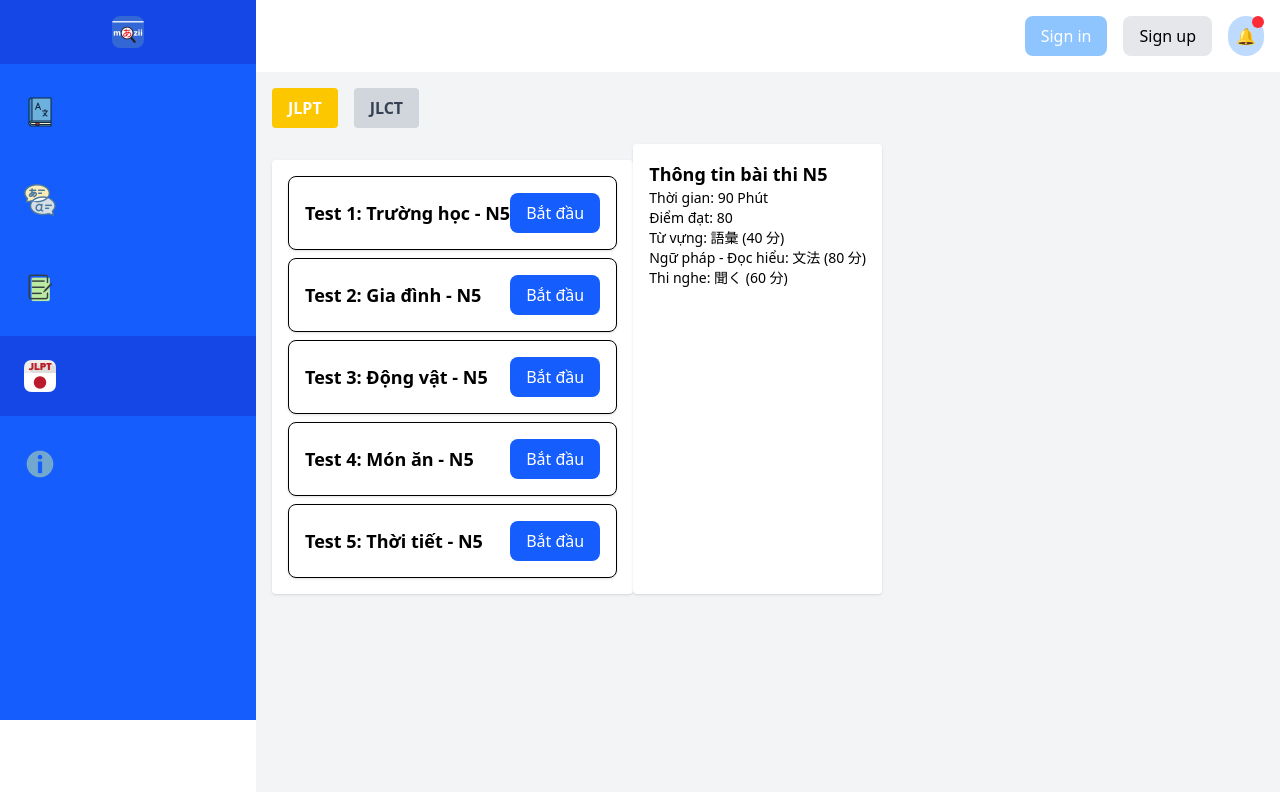
Repository: reminzuetto/JapaneseTranslationApp
Page: /jlpt
These files come from the project's save history. The page is drawn as it stood at one moment and after the next save; the edit follows.
The browser window is 1280 px wide. The pictures show the whole page.
The page's requests for data from a server got no answer. The project was rebuilt for these pictures with package versions that can differ from the ones it lists, and the page was loaded fresh each time. No one was signed in, and anything a server would have sent is missing. Also part of the build but not shown: vite.config.js, src/components/Header/NotificationItem.jsx, src/components/SeachBar/DropDownButton.jsx, src/components/SeachBar/SearchInput.jsx, src/components/SeachBar/SearchBar.jsx, src/pages/Home.jsx, src/Firebase.jsx, src/pages/SignInForm.jsx and 8 more.

Above is the page before, as saved 2025-03-19 08:22:04.

### src/App.jsx
import React, { useState } from "react";
import { BrowserRouter as Router, Routes, Route } from "react-router-dom";
import Header from "./components/Header/Header";
import Home from "./pages/Home";
import Sidebar from "./components/SideBar/SideBar";
import SignInForm from "./pages/SignInForm";
import SignUpForm from "./pages/SignUpForm";
import SearchPage from "./pages/SearchPage";
import TranslatePage from "./pages/TranslatePage";
import CollectionPage from "./pages/CollectionPage";
import JLPTPage from "./pages/JLPTPage";
import AboutPage from "./pages/AboutPage";

function App() {
  const [isSidebarOpen, setIsSidebarOpen] = useState(false);

  return (
    <Router>
      <div className="flex">
        {/* Sidebar */}
        <Sidebar isOpen={isSidebarOpen} setIsOpen={setIsSidebarOpen} />

        {/* Nội dung chính */}
        <div
          className={`flex-1 transition-all duration-300 ${
            isSidebarOpen ? "ml-64" : "ml-20"
          }`}
        >
          <Header />
          <Routes>
            <Route path="/" element={<Home />} />
            <Route path="/signin" element={<SignInForm />} />
            <Route path="/signup" element={<SignUpForm />} />
            <Route path="/search" element={<SearchPage />} />
            <Route path="/translate" element={<TranslatePage />} />
            <Route path="/collection" element={<CollectionPage />} />
            <Route path="/jlpt" element={<JLPTPage />} />
            <Route path="/about" element={<AboutPage />} />
          </Routes>
        </div>
      </div>
    </Router>
  );
}

export default App;

### src/components/Header/Header.jsx
import React, { useState } from "react";
import useClickOutside from "../../hooks/useClickOutside";
import notificationsData from "/src/Data.js";
import NotificationItem from "../Header/NotificationItem";
import { Link } from "react-router-dom";

const Header = () => {
  const { show, setShow, nodeRef } = useClickOutside();
  const [notifications, setNotifications] = useState(notificationsData);

  const markAsSeen = (id) => {
    setNotifications((prev) =>
      prev.map((item) => (item.id === id ? { ...item, seen: true } : item))
    );
  };

  return (
    <header className="flex items-center justify-end p-4 bg-white shadow-md  top-0 left-0 w-full z-50">
      <div className="flex items-center gap-4">
        <Link to="/signin">
          <button className="px-4 py-2 text-white bg-blue-300 rounded-lg hover:bg-blue-500">
            Sign in
          </button>
        </Link>

        <Link to="/signup">
          <button className="px-4 py-2 text-blue bg-gray-200 rounded-lg hover:bg-blue-500 hover:text-white">
            Sign up
          </button>
        </Link>
        <div className="relative" ref={nodeRef}>
          <div
            className="relative p-2 rounded-full bg-blue-200 hover:bg-blue-400 cursor-pointer"
            onClick={() => setShow(!show)}
          >
            🔔
            {notifications.some((item) => !item.seen) && (
              <span className="absolute top-0 right-0 w-3 h-3 bg-red-500 rounded-full"></span>
            )}
          </div>

          {show && (
            <div className="absolute top-full -left-2 min-w-[250px] translate-x-[-100%] mt-2 bg-white shadow-lg rounded-lg border border-gray-200">
              {notifications.length > 0 ? (
                notifications.map((item) => (
                  <NotificationItem
                    key={item.id}
                    id={item.id}
                    title={item.title}
                    time={item.time}
                    seen={item.seen}
                    onMarkAsSeen={markAsSeen}
                  />
                ))
              ) : (
                <div className="p-4 text-center text-gray-400">
                  Không có thông báo mới
                </div>
              )}
            </div>
          )}
        </div>
      </div>
    </header>
  );
};

export default Header;

### src/components/SideBar/SideBar.jsx
import React from "react";
import { NavLink } from "react-router-dom";

const SidebarItem = ({ src, text, to }) => (
  <li className="w-full">
    <NavLink
      to={to}
      className={({ isActive }) =>
        `flex items-center h-20 text-gray-200 no-underline transition duration-500 hover:bg-blue-700 hover:text-white hover:shadow-lg hover:font-bold hover:rounded-lg hover:ml-3 hover:mr-3 ${
          isActive ? "bg-blue-700 font-bold text-white" : ""
        }`
      }
    >
      <img className="w-8 min-w-8 mx-6" src={src} alt={text} />
      <span className="hidden group-hover:block ml-4">{text}</span>
    </NavLink>
  </li>
);

const SideBar = ({ isOpen, setIsOpen }) => {
  const menuItems = [
    { src: "/src/assets/SearchIcon.png", text: "Search", to: "/search" },
    {
      src: "/src/assets/TranslateIcon.png",
      text: "Translate",
      to: "/translate",
    },
    {
      src: "/src/assets/CollectionIcon.png",
      text: "Collection",
      to: "/collection",
    },
    { src: "/src/assets/JLPTIcon.png", text: "JLPT", to: "/jlpt" },
    { src: "/src/assets/AboutIcon.jpg", text: "About us", to: "/about" },
  ];

  return (
    <nav
      className={`w-20 h-screen fixed z-51 bg-blue-600 transition-all duration-200 hover:w-64 group ${
        isOpen ? "w-64" : "w-20"
      }`}
      onMouseEnter={() => setIsOpen(true)}
      onMouseLeave={() => setIsOpen(false)}
    >
      <ul className="flex flex-col items-center space-y-2">
        <li className="w-full text-center py-4 bg-blue-700 font-bold uppercase text-white text-2xl">
          <NavLink className="flex items-center justify-center" to="/">
            <img
              className="w-8 h-8 rounded-lg transition-transform duration-600 group-hover:rotate-[-360deg]"
              src="/src/assets/MaziiLogo.png"
              alt="Mazii logo"
            />
            <span className="hidden group-hover:block ml-4">Mazzi</span>
          </NavLink>
        </li>
        {menuItems.map((item, index) => (
          <SidebarItem
            key={index}
            src={item.src}
            text={item.text}
            to={item.to}
          />
        ))}
      </ul>
    </nav>
  );
};

export default SideBar;

### src/pages/JLPTPage.jsx
import React, { useState, useEffect } from "react";
import JLPTTestItem from "/src/components/JLPTPage/JLPTTestItem";

const JLPTPage = () => {
  const [tests, setTests] = useState([]);

  useEffect(() => {
    fetch("japanese_test.json") // Để file json trong thư mục public
      .then((response) => response.json())
      .then((data) => setTests(data.tests))
      .catch((error) => console.error("Error loading test data:", error));
  }, []);

  const handleStartTest = (testId) => {
    console.log(`Bắt đầu bài kiểm tra với ID: ${testId}`);
    // Có thể điều hướng hoặc thay đổi state ở đây nếu cần
  };

  return (
    <div className="p-4 bg-gray-100 min-h-screen">
      {/* Thanh chọn loại kỳ thi */}
      <div className="flex space-x-4 mb-4">
        <button className="px-4 py-2 bg-yellow-400 text-white font-bold rounded">
          JLPT
        </button>
        <button className="px-4 py-2 bg-gray-300 text-gray-700 font-bold rounded">
          JLCT
        </button>
      </div>
      <div className="flex">
        <div className="mt-4 bg-white p-4 rounded shadow space-y-2">
          {tests.map((test, index) => (
            <JLPTTestItem
              key={test.id}
              test={test}
              index={index + 1}
              onStart={handleStartTest}
            />
          ))}
        </div>
        <div className=" justify-center items-center bg-white p-4 rounded shadow">
          <h2 className="text-lg font-bold">Thông tin bài thi N5</h2>
          <div className="text-sm">
            <p>Thời gian: 90 Phút</p>
            <p>Điểm đạt: 80</p>
            <p>Từ vựng: 語彙 (40 分)</p>
            <p>Ngữ pháp - Đọc hiểu: 文法 (80 分)</p>
            <p>Thi nghe: 聞く (60 分)</p>
          </div>
        </div>
      </div>
    </div>
  );
};

export default JLPTPage;

### src/hooks/useClickOutside.jsx
import { useEffect, useRef, useState } from "react";

export default function useClickOutside(dom = "button") {
  const [show, setShow] = useState(false);
  const nodeRef = useRef(null);
  useEffect(() => {
    const handleClickOutside = (event) => {
      if (
        nodeRef.current &&
        !nodeRef.current.contains(event.target) &&
        !event.target.matches(dom)
      ) {
        setShow(false);
      }
    };
    document.addEventListener("click", handleClickOutside);
    return () => {
      document.removeEventListener("click", handleClickOutside);
    };
  }, []);

  return {
    show,
    setShow,
    nodeRef,
  };
}

### src/Data.js
const notificationsData = [
  {
    id: 1,
    title: "JavaScript Update",
    content: "Phiên bản mới của JavaScript đã được phát hành.",
    time: "10 phút trước",
    seen: false,
  },
  {
    id: 2,
    title: "ReactJS Tips",
    content: "Học cách tối ưu hóa hiệu suất trong ReactJS.",
    time: "30 phút trước",
    seen: true,
  },
  {
    id: 3,
    title: "VueJS News",
    content: "Vue 3 đang ngày càng phổ biến hơn!",
    time: "1 giờ trước",
    seen: false,
  },
  {
    id: 4,
    title: "Next.js Guide",
    content: "Làm thế nào để sử dụng Server Actions hiệu quả?",
    time: "3 giờ trước",
    seen: true,
  },
  {
    id: 5,
    title: "PostgreSQL Tips",
    content: "Cách tối ưu truy vấn SQL cho tốc độ nhanh hơn.",
    time: "5 giờ trước",
    seen: false,
  },
];

export default notificationsData;

### src/components/JLPTPage/JLPTTestItem.jsx
import React from "react";

const JLPTTestItem = ({ test, index, onStart }) => {
  return (
    <div className="flex justify-between items-center p-4 border rounded-lg shadow-sm bg-white">
      <span className="text-lg font-semibold">
        Test {index}: {test.topic} - {test.level}
      </span>
      <button
        onClick={() => onStart(test.id)}
        className="bg-blue-600 text-white px-4 py-2 rounded-lg hover:bg-blue-700"
      >
        Bắt đầu
      </button>
    </div>
  );
};

export default JLPTTestItem;

### public/japanese_test.json
{
  "tests": [
    {
      "id": "001",
      "topic": "Trường học",
      "level": "N5",
      "questions": [
        {
          "question_id": 1,
          "question": "Từ '学校' có nghĩa là gì?",
          "answers": ["Trường học", "Giáo viên", "Sách", "Nhà"],
          "correct_answer": "A",
          "explain": "学校 (gakkou) là danh từ tiếng Nhật nghĩa là 'trường học'."
        },
        {
          "question_id": 2,
          "question": "Từ '先生' có nghĩa là gì?",
          "answers": ["Học sinh", "Giáo viên", "Bác sĩ", "Cảnh sát"],
          "correct_answer": "B",
          "explain": "先生 (sensei) có nghĩa là 'giáo viên' hoặc 'thầy cô'."
        }
      ]
    },
    {
      "id": "002",
      "topic": "Gia đình",
      "level": "N5",
      "questions": [
        {
          "question_id": 1,
          "question": "Từ '父' có nghĩa là gì?",
          "answers": ["Anh trai", "Bố", "Chú", "Bạn"],
          "correct_answer": "B",
          "explain": "父 (chichi) là cách gọi 'bố' trong tiếng Nhật."
        },
        {
          "question_id": 2,
          "question": "Từ '母' có nghĩa là gì?",
          "answers": ["Mẹ", "Chị gái", "Dì", "Cô giáo"],
          "correct_answer": "A",
          "explain": "母 (haha) có nghĩa là 'mẹ' trong tiếng Nhật."
        }
      ]
    },
    {
      "id": "003",
      "topic": "Động vật",
      "level": "N5",
      "questions": [
        {
          "question_id": 1,
          "question": "Từ '猫' có nghĩa là gì?",
          "answers": ["Chó", "Mèo", "Chuột", "Bò"],
          "correct_answer": "B",
          "explain": "猫 (neko) có nghĩa là 'mèo' trong tiếng Nhật."
        },
        {
          "question_id": 2,
          "question": "Từ '犬' có nghĩa là gì?",
          "answers": ["Chó", "Mèo", "Cá", "Thỏ"],
          "correct_answer": "A",
          "explain": "犬 (inu) có nghĩa là 'chó' trong tiếng Nhật."
        }
      ]
    },
    {
      "id": "004",
      "topic": "Món ăn",
      "level": "N5",
      "questions": [
        {
          "question_id": 1,
          "question": "Từ '寿司' có nghĩa là gì?",
          "answers": ["Mì", "Cơm cuộn", "Sushi", "Bánh"],
          "correct_answer": "C",
          "explain": "寿司 (sushi) là một món ăn truyền thống của Nhật Bản."
        },
        {
          "question_id": 2,
          "question": "Từ 'ラーメン' có nghĩa là gì?",
          "answers": ["Mì Ramen", "Bánh mì", "Bánh ngọt", "Cơm nắm"],
          "correct_answer": "A",
          "explain": "ラーメン (ramen) là món mì nổi tiếng của Nhật Bản."
        }
      ]
    },
    {
      "id": "005",
      "topic": "Thời tiết",
      "level": "N5",
      "questions": [
        {
          "question_id": 1,
          "question": "Từ '雨' có nghĩa là gì?",
          "answers": ["Nắng", "Mưa", "Gió", "Tuyết"],
          "correct_answer": "B",
          "explain": "雨 (ame) có nghĩa là 'mưa' trong tiếng Nhật."
        },
        {
          "question_id": 2,
          "question": "Từ '雪' có nghĩa là gì?",
          "answers": ["Mưa", "Tuyết", "Gió", "Sấm"],
          "correct_answer": "B",
          "explain": "雪 (yuki) có nghĩa là 'tuyết' trong tiếng Nhật."
        }
      ]
    }
  ]
}

Loaded but not shown: index.html (common file); src/main.jsx (common file); src/index.css (common file)

After the next save:
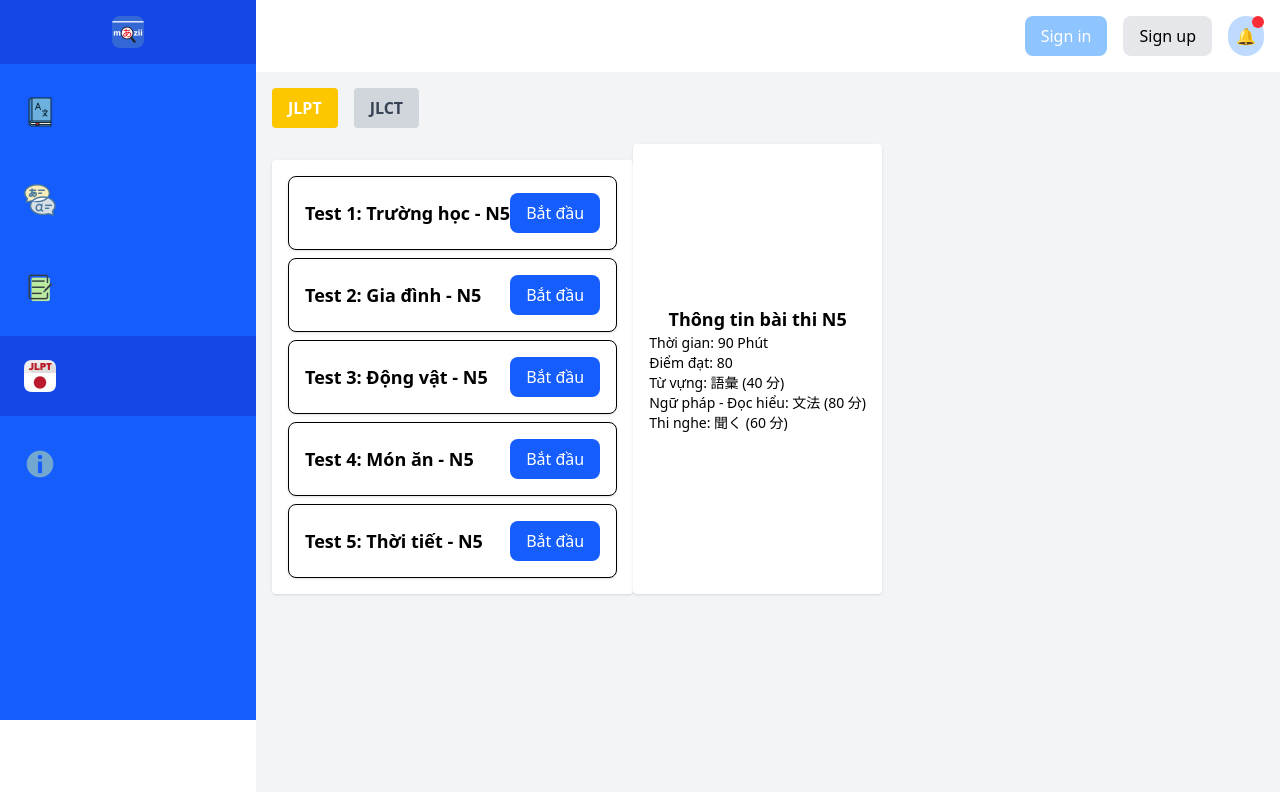
Saved 10 s later.
--- a/src/pages/JLPTPage.jsx
+++ b/src/pages/JLPTPage.jsx
@@ -38,7 +38,7 @@ const JLPTPage = () => {
             />
           ))}
         </div>
-        <div className=" justify-center items-center bg-white p-4 rounded shadow">
+        <div className="flex flex-col justify-center items-center bg-white p-4 rounded shadow">
           <h2 className="text-lg font-bold">Thông tin bài thi N5</h2>
           <div className="text-sm">
             <p>Thời gian: 90 Phút</p>
